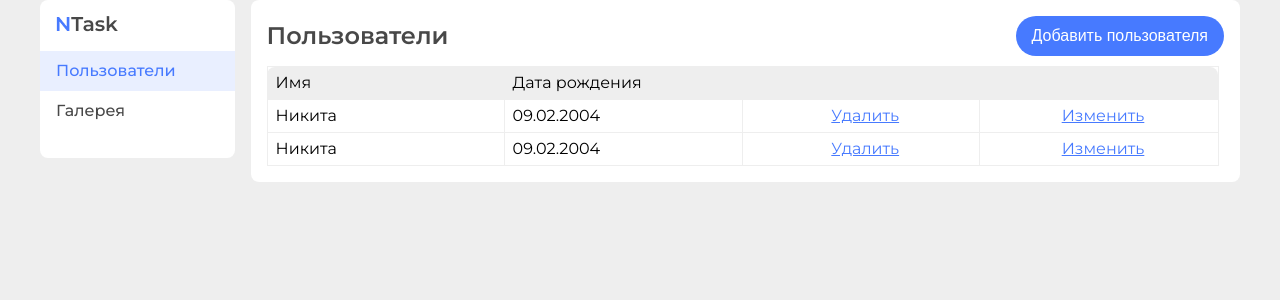
Repository: Grid-Master/NTask
Page: /
An editor plug-in stored every save of this project. The page is shown before and after the next save, followed by the edit.
The browser window is 1280 px wide. The pictures show the whole page.
The project was rebuilt for these pictures with package versions that can differ from the ones it lists, and the page was loaded fresh each time.

Above is the page before, as saved 2023-06-05 11:33:00.

### public/index.html
<!DOCTYPE html>
<html lang="en">
  <head>
    <meta charset="utf-8" />
    <link rel="icon" href="%PUBLIC_URL%/favicon.ico" />
    <meta name="viewport" content="width=device-width, initial-scale=1" />
    <meta name="theme-color" content="#000000" />
    <meta name="description" content="Web site created using create-react-app" />
    <link rel="apple-touch-icon" href="%PUBLIC_URL%/logo192.png" />
    <link rel="preconnect" href="https://fonts.googleapis.com" />
    <link rel="preconnect" href="https://fonts.gstatic.com" crossorigin />
    <link
      href="https://fonts.googleapis.com/css2?family=Montserrat:wght@300;400;500;600;700&display=swap"
      rel="stylesheet" />
    <link rel="manifest" href="%PUBLIC_URL%/manifest.json" />
    <title>React App</title>
  </head>
  <body>
    <noscript>You need to enable JavaScript to run this app.</noscript>
    <div id="root"></div>
  </body>
</html>

### src/index.css
html, body, div, span, applet, object, iframe,
h1, h2, h3, h4, h5, h6, p, blockquote, pre,
a, abbr, acronym, address, big, cite, code,
del, dfn, em, img, ins, kbd, q, s, samp,
small, strike, strong, sub, sup, tt, var,
b, u, i, center,
dl, dt, dd, ol, ul, li,
fieldset, form, label, legend,
table, caption, tbody, tfoot, thead, tr, th, td,
article, aside, canvas, details, embed,
figure, figcaption, footer, header, hgroup,
menu, nav, output, ruby, section, summary,
time, mark, audio, video {
	margin: 0;
	padding: 0;
	border: 0;
	font-size: 100%;
	font: inherit;
	vertical-align: baseline;
}
/* HTML5 display-role reset for older browsers */
article, aside, details, figcaption, figure,
footer, header, hgroup, menu, nav, section {
	display: block;
}
body {
	line-height: 1;
}
ol, ul {
	list-style: none;
}
blockquote, q {
	quotes: none;
}
blockquote:before, blockquote:after,
q:before, q:after {
	content: '';
	content: none;
}
table {
	border-collapse: collapse;
}
body {
  margin: 0;
  font-family: Montserrat;
  background: #EEEEEE;

}

code {
  font-family: source-code-pro, Menlo, Monaco, Consolas, 'Courier New',
    monospace;
}

### src/App.tsx
import './App.css';
import Navbar from './components/navabar/Navbar';
import UserList from './components/userList/UserList';

function App() {
  return (
    <div className="App">
      <Navbar />
      <UserList />
    </div>
  );
}

export default App;

### src/App.css
.App {
  display: flex;
  align-items:start;
  gap: 16px;
  max-width: 1200px;
  margin: 0 auto;
}

@media screen and (max-width: 1200px) {
  .App {
    flex-direction: column;
    max-width: 1000px;
  }
}

### src/components/navabar/Navbar.tsx
import { FC } from 'react';
import './navbar.sass';
const logo = require('../../images/logo.png');

const Navbar: FC = () => {
  return (
    <div className="navbar">
      <div className="navbar__imagecontainer">
        <img src={logo} alt="logo" />
      </div>
      <div className="navbar__item navbar__active">Пользователи</div>
      <div className="navbar__item">Галерея</div>
    </div>
  );
};

export default Navbar;

### src/components/userList/UserList.tsx
import React, { FC } from 'react';
import './userList.sass';

const UserList: FC = () => {
  return (
    <div className="userList">
      <div>
        <h1 className="userList__title">Пользователи</h1>
        <button className="userList__addUserBtn">Добавить пользователя</button>
      </div>
      <table className="userList__table">
        <tr className="userList__table-info">
          <td>Имя</td>
          <td>Дата рождения</td>
          <td></td>
          <td></td>
        </tr>
        <tr>
          <td>Никита</td>
          <td>09.02.2004</td>
          <td className="userList__table-btn">Удалить</td>
          <td className="userList__table-btn">Изменить</td>
        </tr>
        <tr>
          <td>Никита</td>
          <td>09.02.2004</td>
          <td className="userList__table-btn">Удалить</td>
          <td className="userList__table-btn">Изменить</td>
        </tr>
      </table>
    </div>
  );
};

export default UserList;

### src/components/navabar/navbar.sass
.navbar
    width: 200px
    height: 158px
    background: #FFFFFF
    border-radius: 8px
    &__imagecontainer
        padding: 16px 0
        margin-left: 16px
    &__item
        padding: 8px 16px
        cursor: pointer
        font-weight: 500
        font-size: 16px
        line-height: 150%
        color: #484848
    &__active
        background: #E9EFFF
        color: #477AFF

### src/components/userList/userList.sass
.userList
    width: 984px
    background: #FFFFFF
    border-radius: 8px
    padding: 16px
    >div
        display: flex
        align-items: center
        justify-content: space-between
    &__title
        font-weight: 600
        font-size: 24px
        line-height: 150%
        color: #484848
    &__addUserBtn
        font-weight: 500
        font-size: 16px
        line-height: 100%
        color: #FFFFFF
        background: #477AFF
        border-radius: 20px
        padding: 12px 16px
        border: none
        outline: none
        cursor: pointer
        transition: .3s
        &:hover
            opacity: .8
    &__table
        margin-top: 10px
        width: 952px
        td
            border: 1px solid #EEEEEE
            width: 238px
            text-align: start
            padding: 8px 0
            padding-left: 8px
        &-btn
            cursor: pointer
            text-decoration-line: underline
            color: #477AFF
            transition: .2s
            text-align: center !important
            &:hover
                opacity: .8
        tr:first-child td:first-child
            border-radius: 8px 0 0 0
        tr:first-child td:last-child
            border-radius: 0 8px 0 0
        tr:last-child td:first-child
            border-radius: 0 0 8px 0
        tr:last-child td:last-child
            border-radius: 0 0 0 8px //??
        &-info
            background-color: #EEEEEE
            border-radius: 8px !important

Loaded but not shown: src/index.tsx (common file)

After the next save:
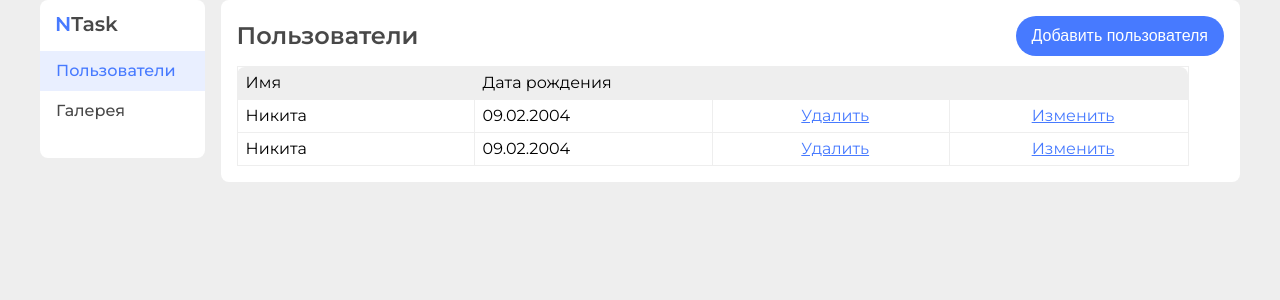
Saved 44 s later.
--- a/src/components/userList/userList.sass
+++ b/src/components/userList/userList.sass
@@ -1,5 +1,5 @@
 .userList
-    width: 984px
+    width: 100%
     background: #FFFFFF
     border-radius: 8px
     padding: 16px
